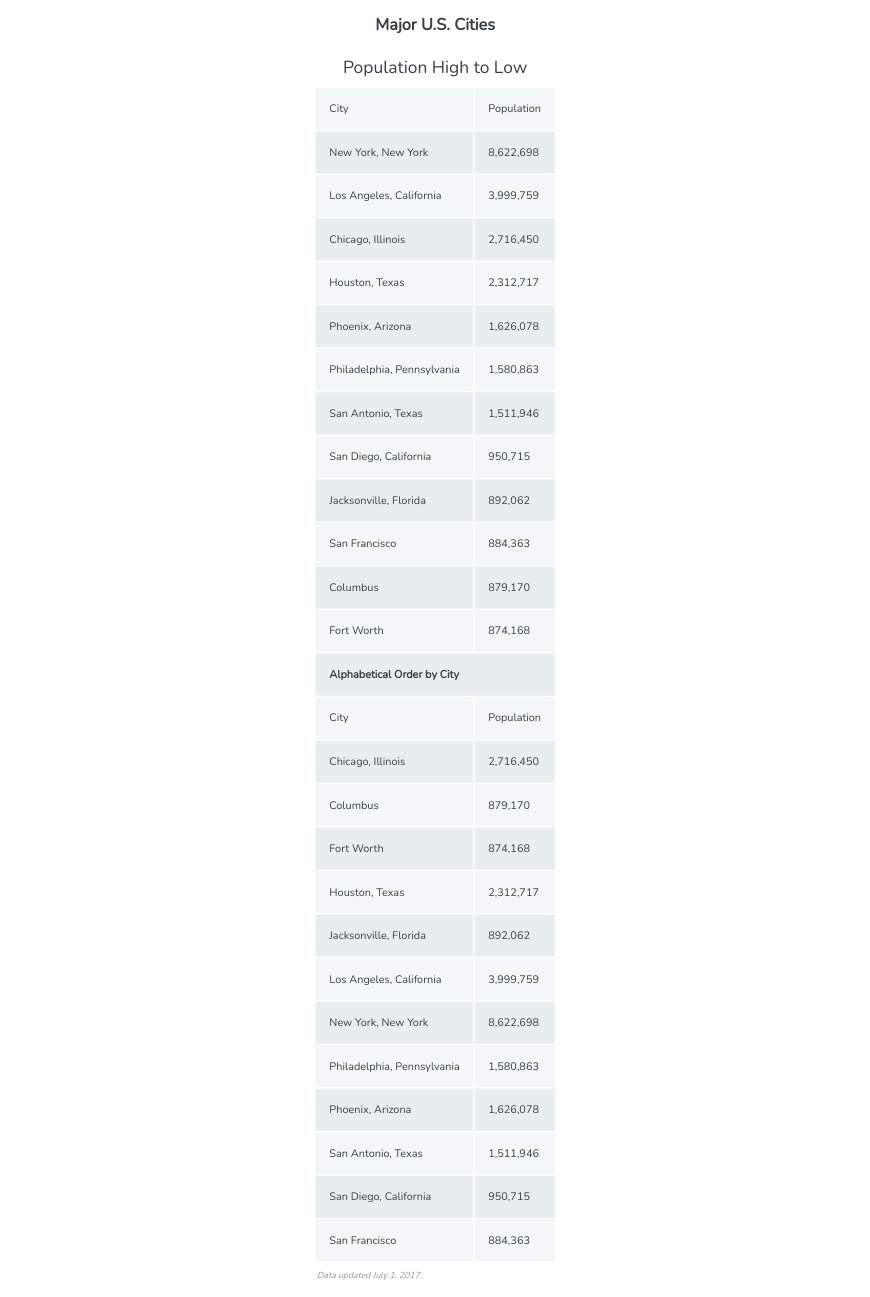
Repository: oduong1/COSW30
Page: http://localhost/homework/hw4/population_array.php
The author's editor kept a record of every edit. The page is drawn from the files as they stood at one moment, then again after the next edit.
The browser window is 1280 px wide. The pictures show the whole page, at 68% of full size.
The page is run by PHP 8.4 with error messages shown; the project is at /var/www/html/.

Above is the page before.
Not found: homework/hw4/normalize.css

After the next edit:
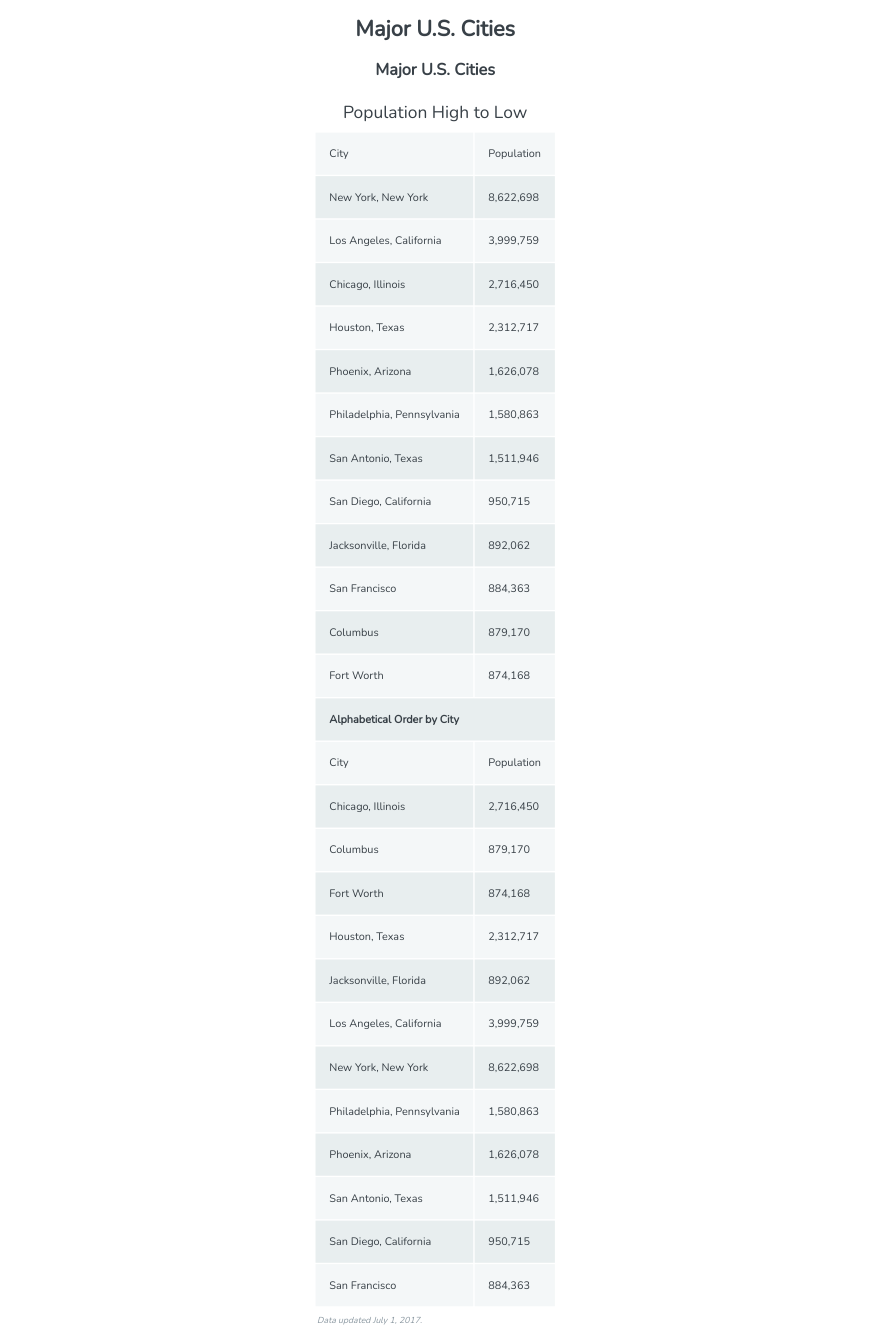
The edit:
--- a/homework/hw4/population_array.php
+++ b/homework/hw4/population_array.php
@@ -9,6 +9,7 @@
     <link rel="stylesheet" href="table.css">
   </head>
   <body>
+    <container><h1>Major U.S. Cities</h1></container>
 
       <table>
         <h2>Major U.S. Cities</h2>
